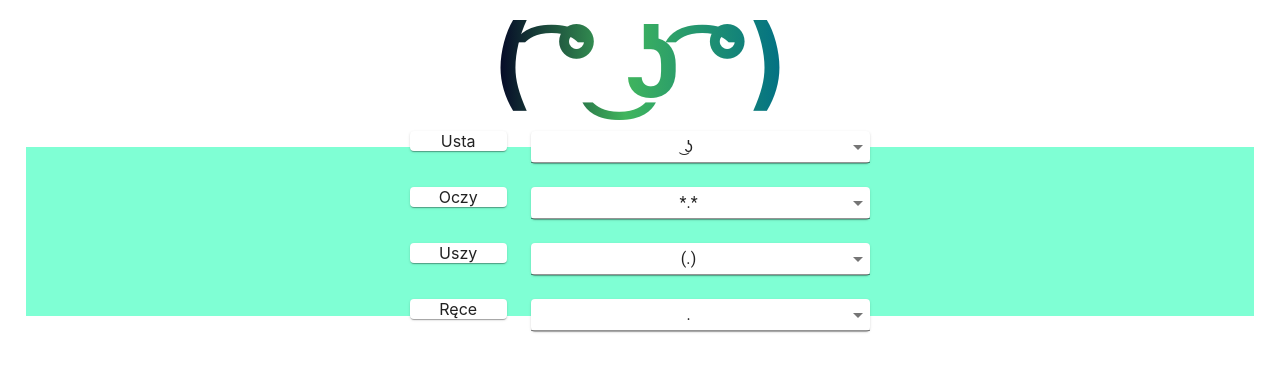
Repository: ogigg/react-Lenny-generator
Page: / (app in lenny-generator/)
These files come from the project's save history. The page is drawn as it stood at one moment and after the next save; the edit follows.
The browser window is 1280 px wide. The pictures show the whole page.
The project was rebuilt for these pictures with package versions that can differ from the ones it lists, and the page was loaded fresh each time.

Above is the page before, as saved 2019-12-12 21:02:59.

After the next save:
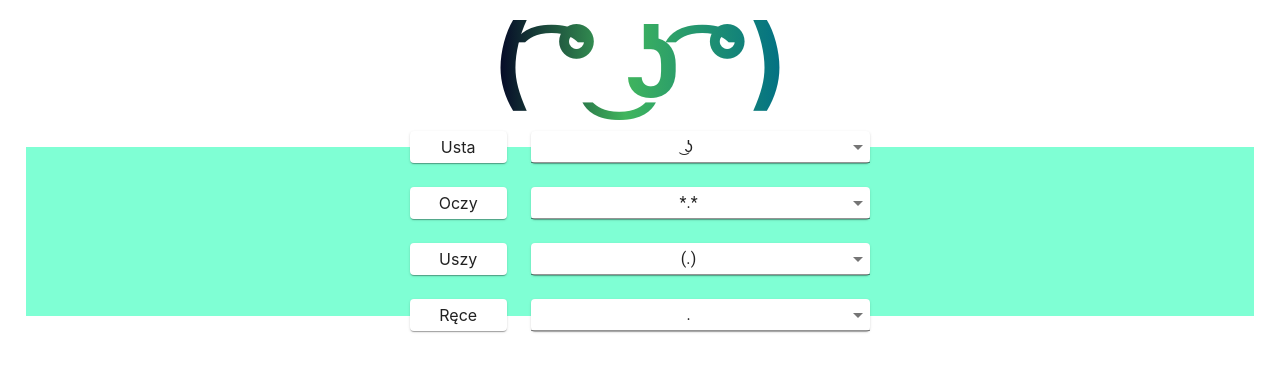
Saved 42 s later.
--- a/lenny-generator/src/App.css
+++ b/lenny-generator/src/App.css
@@ -18,6 +18,7 @@
   display: flex;
 }
 .menu-label{
+  height: 100%;
   background: red;
   justify-content: center;
   align-items: center;
@@ -25,6 +26,7 @@
 }
 
 .select{
+  height: 100%;
   width: 100%;
   text-align-last:center;
   justify-content: center;
